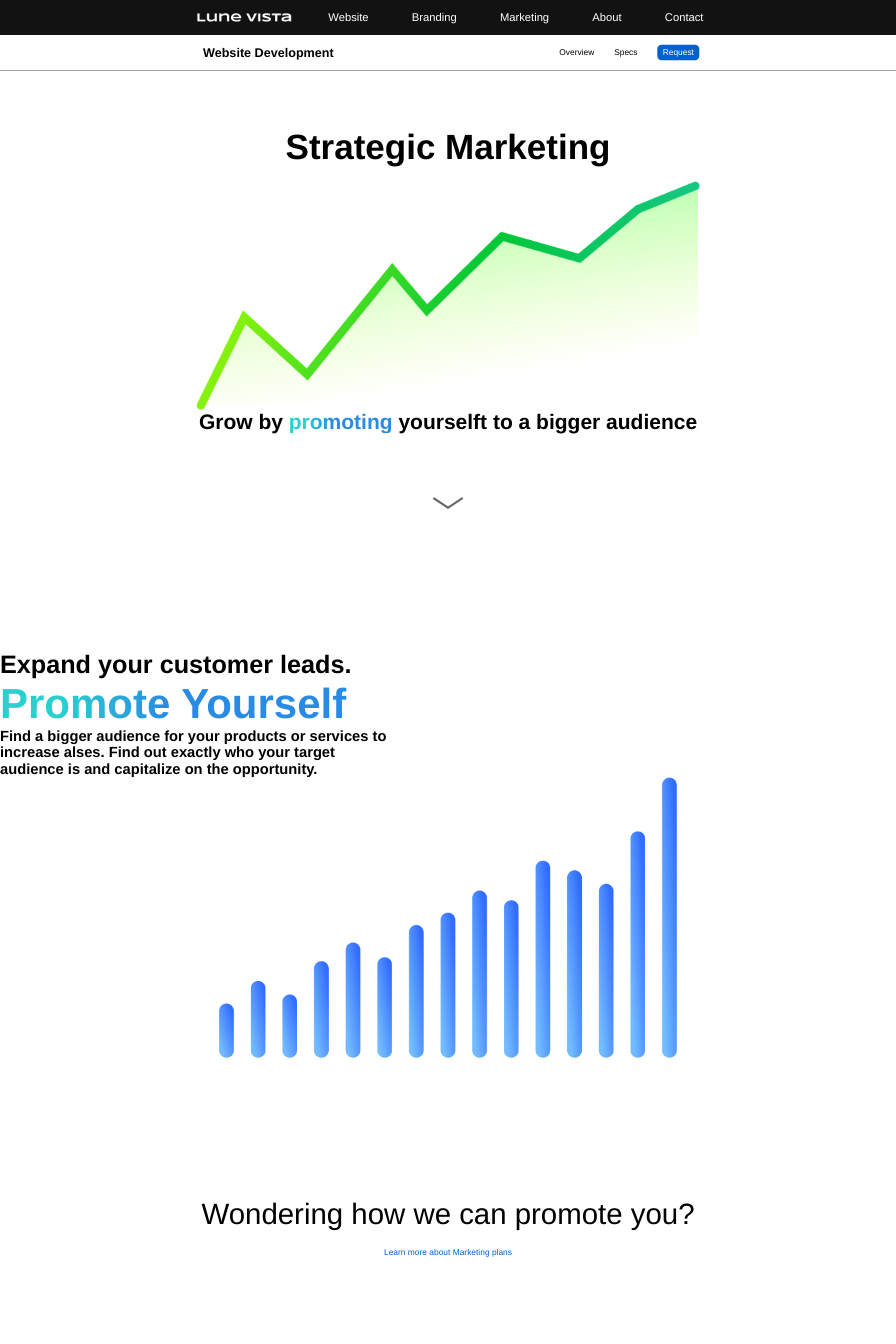
Repository: yoItsTyler/templates
Page: /marketing
The author's editor kept a copy of each file at every save. The page is drawn from the files as they stood at one save, then again after the next save.
The browser window is 1280 px wide. The pictures show the part of the page from y = 0 to 1920 px (the page is 3699 px tall), at 70% of full size.
Some web fonts or font styles are not loaded; a fallback is used. The project was rebuilt for these pictures with package versions that can differ from the ones it lists, and the page was loaded fresh each time. Also part of the build but not shown: src/components/Branding/styles.module.css, src/components/Branding/Branding.js, src/components/Home/styles.module.css, src/components/Navbar/styles.module.css, src/components/Navbar/Navbar.js, src/components/NavbarMobile/styles.module.css, src/components/NavbarMobile/NavbarMobile.js, src/components/Home/Home.js and 10 more. Imported but missing from the stored project, and not drawn on this page: src/components/Request.

Above is the page before, as saved 2022-12-01 22:26:39.

After the next save:
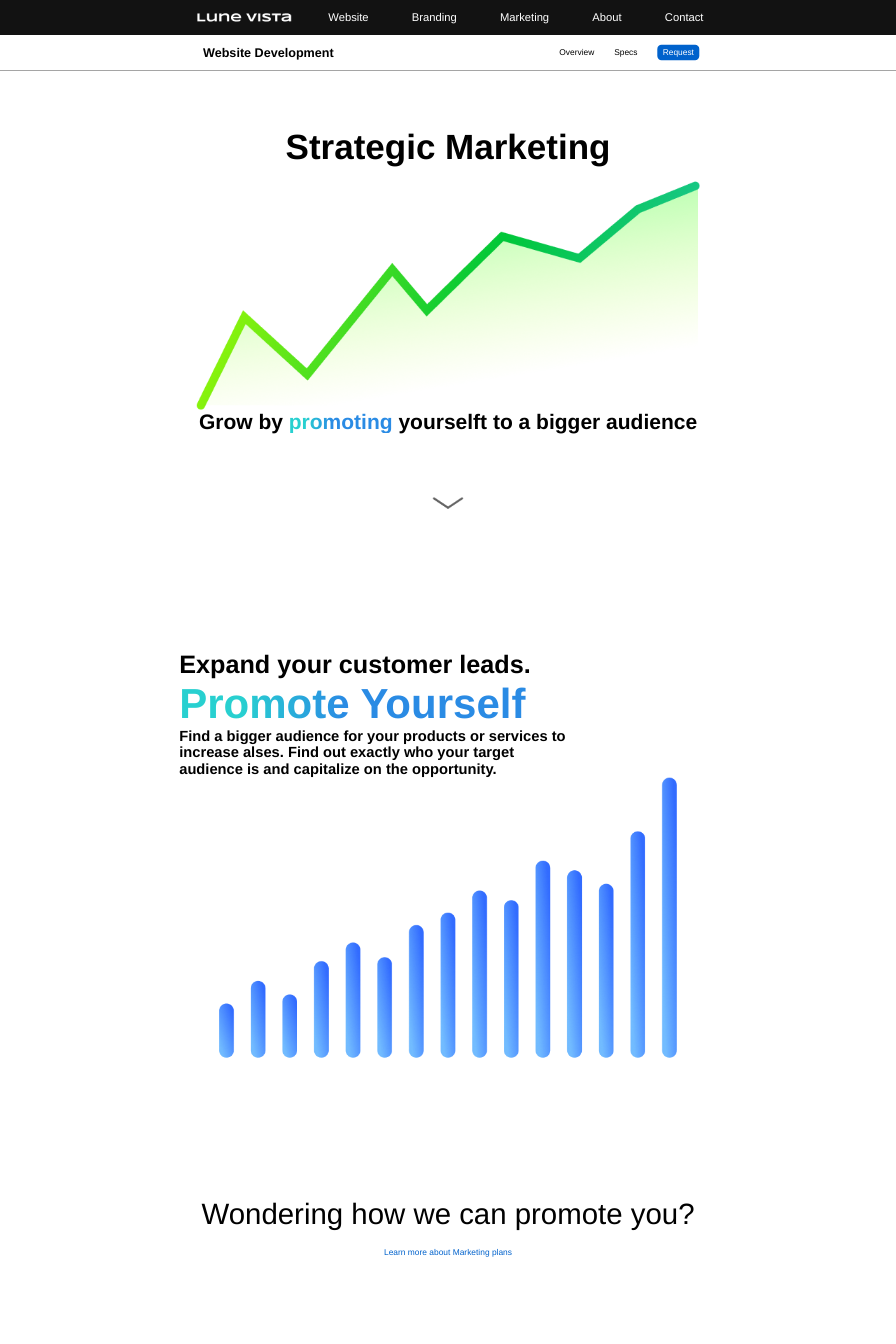
Saved 6 s later.
--- a/src/components/Marketing/styles.module.css
+++ b/src/components/Marketing/styles.module.css
@@ -41,7 +41,7 @@ linear-gradient(90.35deg, #28D0D0 15.73%, #2A8BE4 41.95%);
 
  .colCont{
     margin-left: auto;
-     min-width: 80%;
+     width: 80%;
 
 
 
